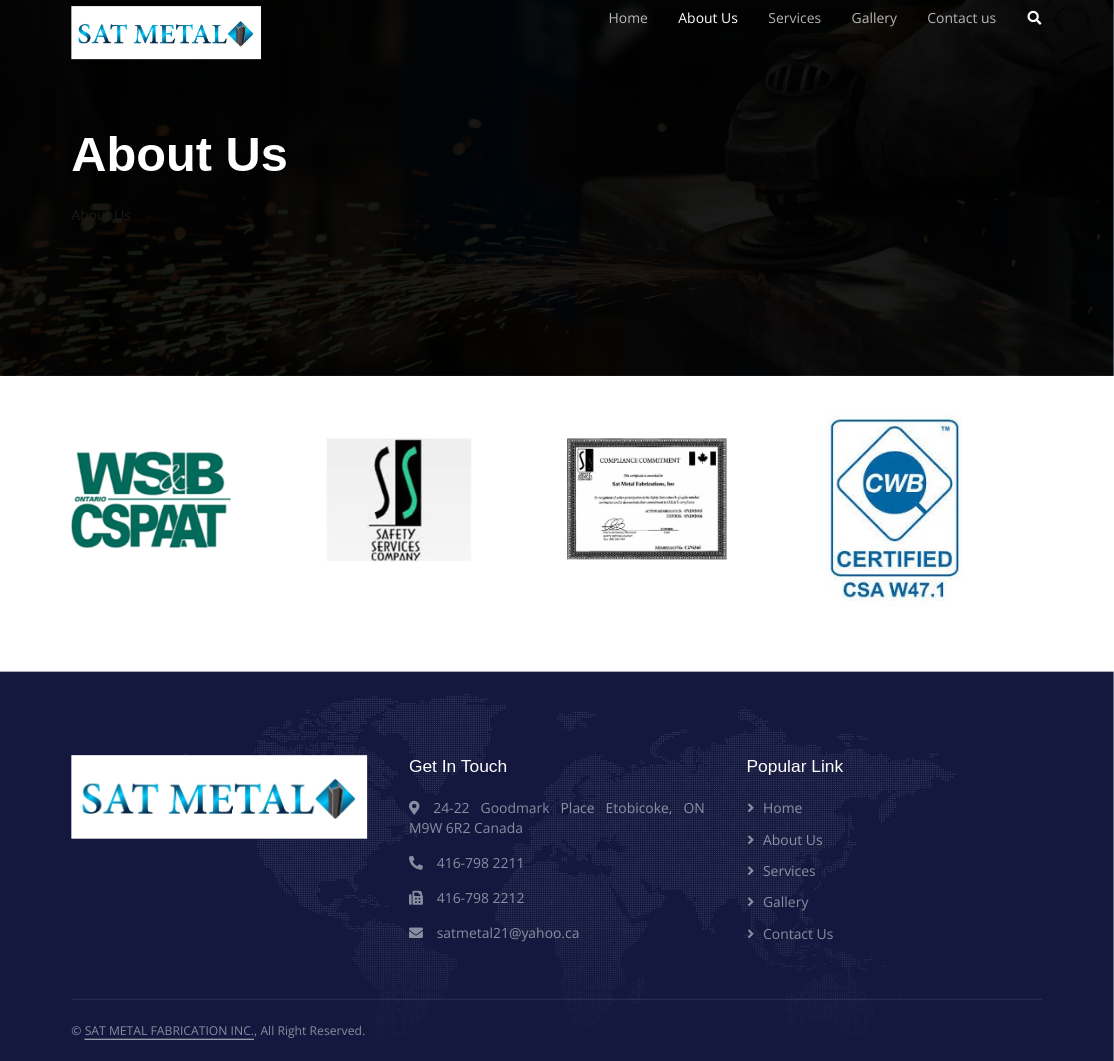
Repository: dzyte-services/satmetal
Page: http://localhost/about.php
An editor plug-in stored every save of this project. The page is shown before and after the next save, followed by the edit.
The browser window is 1280 px wide. The pictures show the whole page, at 87% of full size.
Some web fonts or font styles are not loaded; a fallback is used. Some web libraries are served in a nearby version. The page is run by PHP 8.4 with error messages shown; the project is at /var/www/html/.

Above is the page before, as saved 2023-11-09 15:16:33.

After the next save:
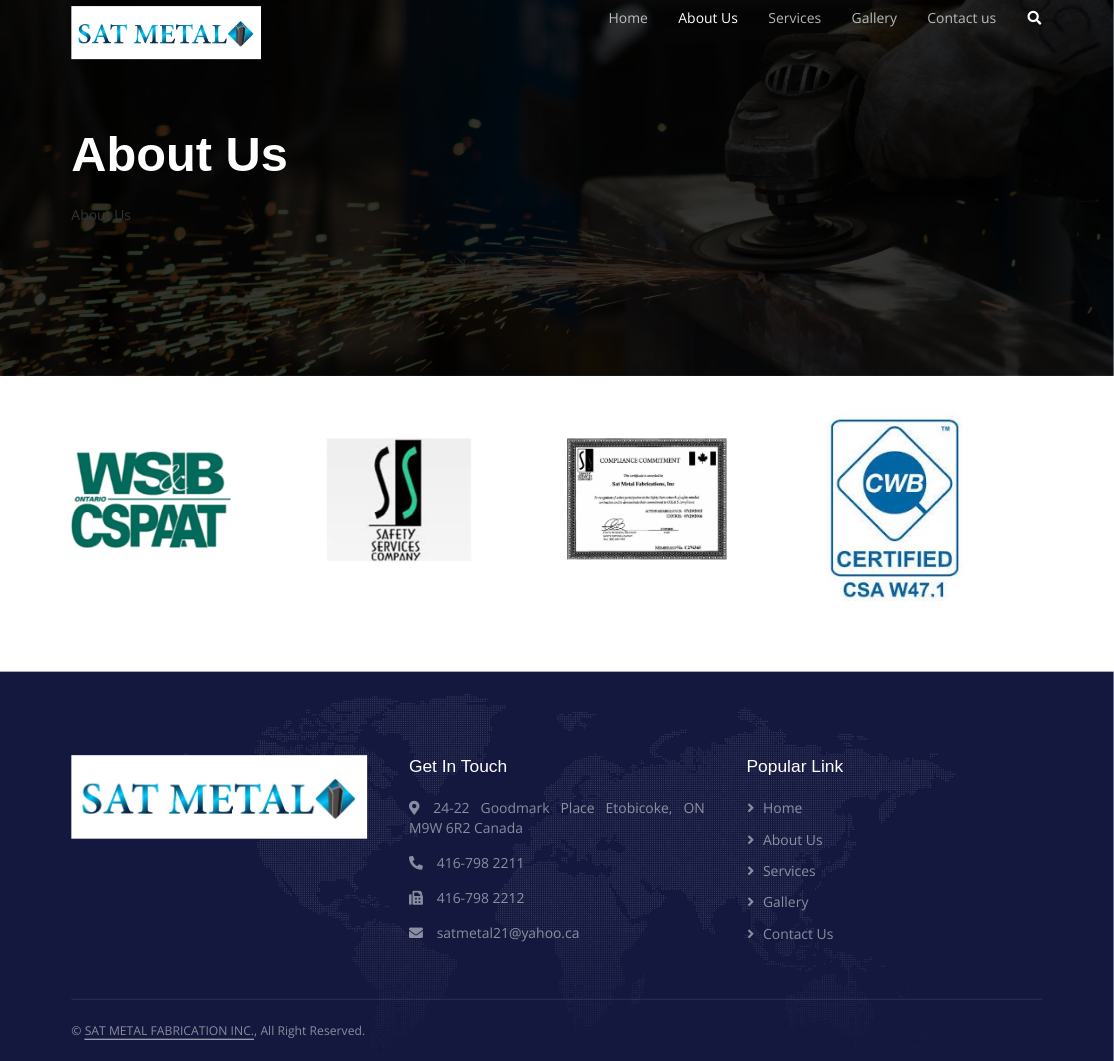
Saved 5 s later.
--- a/css/style.css
+++ b/css/style.css
@@ -162,7 +162,7 @@
     left: 0;
     width: 100%;
     height: 100%;
-    background: rgba(0, 0, 0, 0.9); /* Adjust the opacity as needed (0.5 for 50% opacity) */
+    background: rgba(0, 0, 0, 0.8); /* Adjust the opacity as needed (0.5 for 50% opacity) */
 }
 
 .hero-header .breadcrumb-item+.breadcrumb-item::before {
